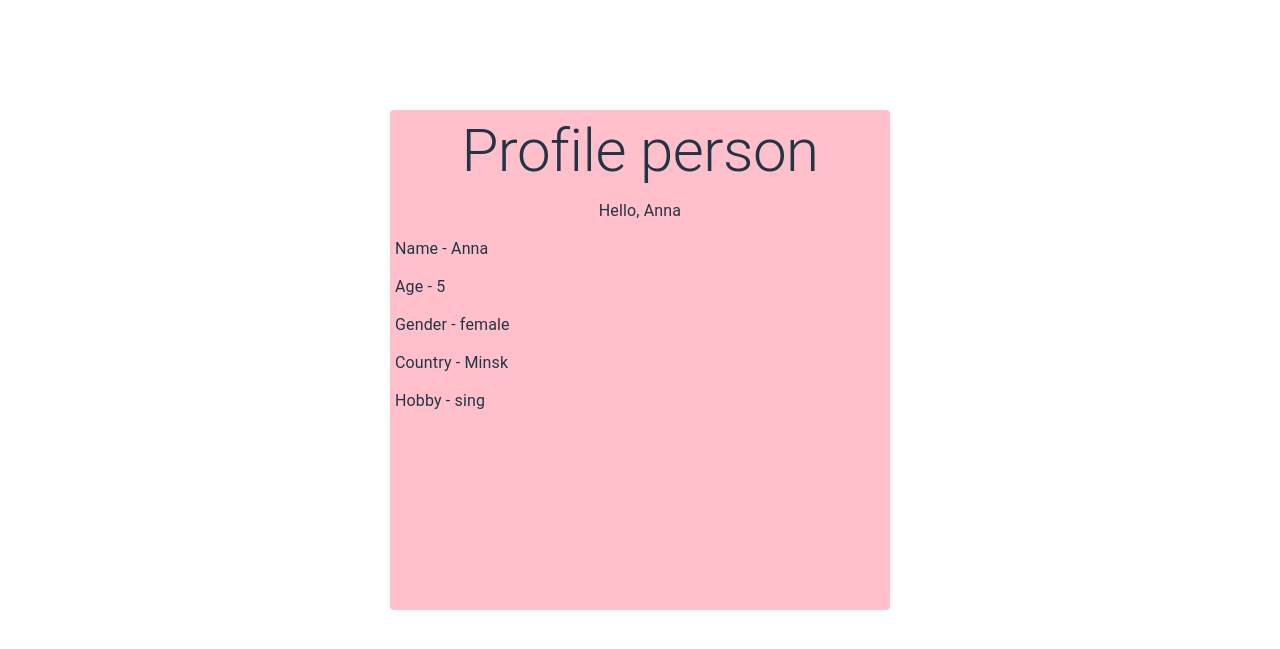
Repository: savannaaaas/props
Page: /
The author's editor kept a copy of each file at every save. The page is drawn from the files as they stood at one save, then again after the next save.
The browser window is 1280 px wide. The pictures show the whole page.
The project was rebuilt for these pictures with package versions that can differ from the ones it lists, and the page was loaded fresh each time. Also part of the build but not shown: vite.config.js.

Above is the page before, as saved 2025-07-08 00:03:33.

After the next save:
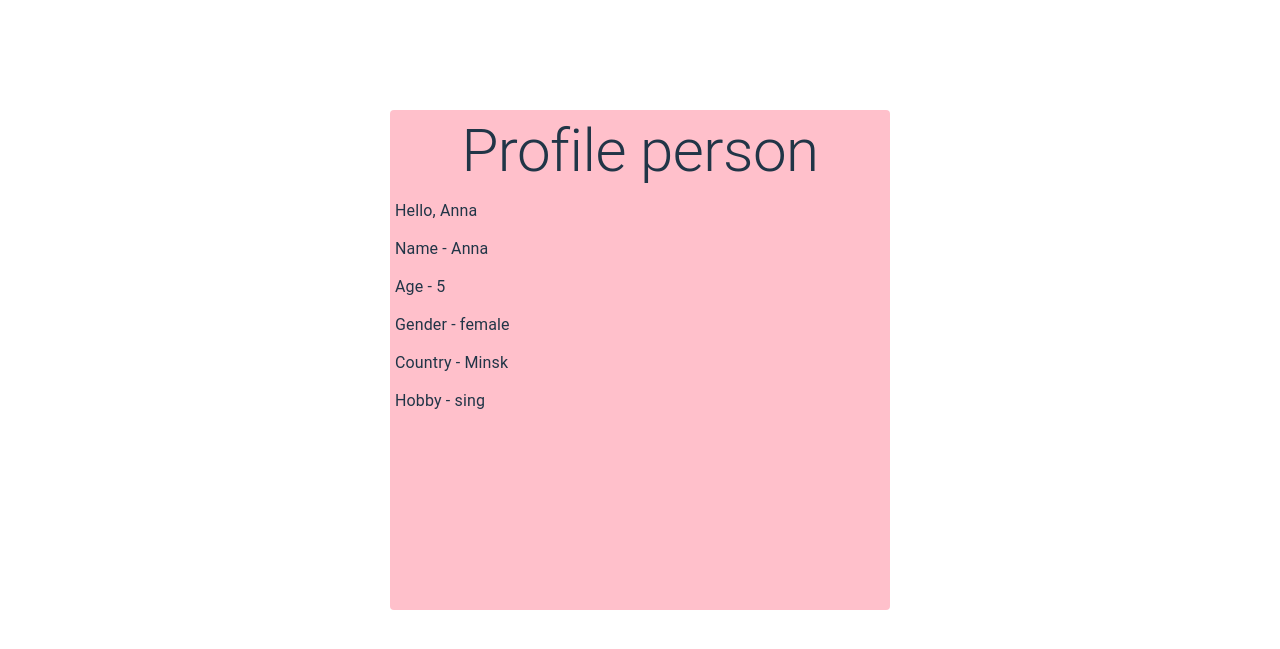
Saved 7 s later.
--- a/src/components/Person1.jsx
+++ b/src/components/Person1.jsx
@@ -2,11 +2,7 @@ import Typography from "@mui/material/Typography";
 export const Person1 = ({ name, age, men, obj, sayHello, hobbies }) => {
   return (
     <>
-      <Typography
-        variant="subtitle1"
-        align="cenleftter"
-        style={{ padding: "5px" }}
-      >
+      <Typography variant="subtitle1" align="left" style={{ padding: "5px" }}>
         {sayHello(name)}
       </Typography>
       <Typography variant="subtitle1" align="left" style={{ padding: "5px" }}>
